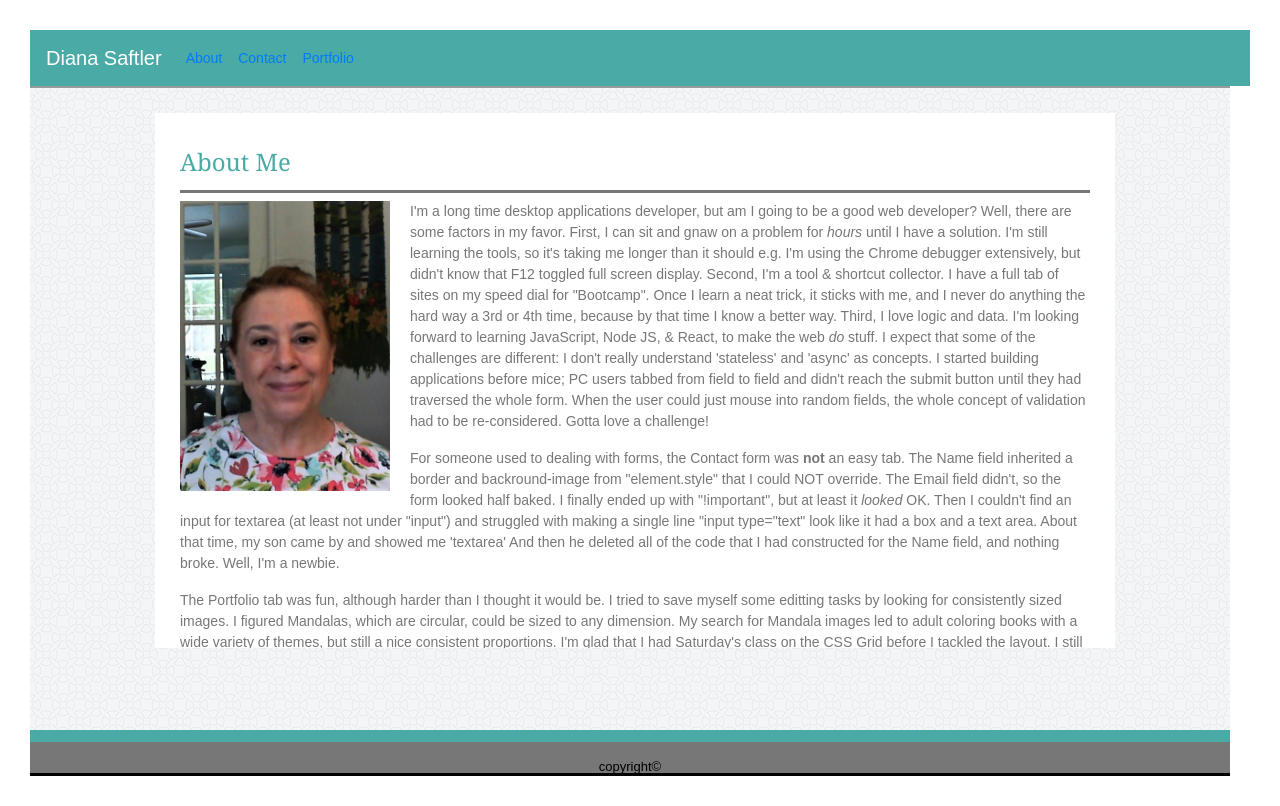
Repository: dsaftler/Bootstrap-Portfolio
Page: index.html
These files come from the project's save history. The page is drawn as it stood at one moment and after the next save; the edit follows.
The browser window is 1280 px wide. The pictures show the whole page.
An inner scrolling area shows only its first screen.

Above is the page before, as saved 2019-03-20 17:44:44.

### index.html
<!DOCTYPE html>
<html lang="en">
<head>
    <title>Diana Saftler Portfolio</title>
    <meta name="viewport" content="width=device-width, initial-scale=1, shrink-to-fit=no">
    <link rel="stylesheet" href="https://maxcdn.bootstrapcdn.com/bootstrap/4.0.0/css/bootstrap.min.css" integrity="sha384-Gn5384xqQ1aoWXA+058RXPxPg6fy4IWvTNh0E263XmFcJlSAwiGgFAW/dAiS6JXm" crossorigin="anonymous">
    <link rel="stylesheet" href="assets/css/style.css">
    <link rel="icon" href="assets/images/Peony.jpg" type="image/jpg" sizes="16x16">
    <meta charset="UTD-8">
</head>
<body>

  <nav class="navbar navbar-expand-lg" style="background-color: #4aaaa5;">
    <a class="navbar-brand" style="color: white" href="#">Diana Saftler</a>
    <div class="collapse navbar-collapse" id="navbarNavAltMarkup">
      <!-- <div class="navbar-nav"> -->
      <div class="nav navbar-nav navbar-right">
        <a class="nav-item nav-link"  href="index.html">About</a>
        <a class="nav-item nav-link" href="contact.html">Contact</a>
        <a class="nav-item nav-link" href="portfolio.html">Portfolio</a>
      </div>
    </div>
  </nav>



        <!-- <ul>
            <li><a href="index.html">About</a></li>
            <li><a href="contact.html">Contact</a></li>
            <li><a href="portfolio.html">Portfolio</a></li>
        </ul> -->

    <div class="bg-pattern">
        <div class="center-panel">
                <h2>About Me</h2>
            <img class="image_about" src="assets/images/photo.jpg" alt="in my office">
            <p>I'm a long time desktop applications developer, but am I going to be a good web developer?  Well, there are some factors in my favor.  First, I can sit and gnaw on a problem for <em>hours</em> until I have a solution.  I'm still learning the tools, so it's taking me longer than it should e.g. I'm using the Chrome debugger extensively, but didn't know that F12 toggled full screen display. Second, I'm a tool & shortcut collector.  I have a full tab of sites on my speed dial for "Bootcamp".  Once I learn a neat trick, it sticks with me, and I never do anything the hard way a 3rd or 4th time, because by that time I know a better way.  Third, I love logic and data.  I'm looking forward to learning JavaScript, Node JS, & React, to make the web <em>do</em> stuff.  I expect that some of the challenges are different: I don't really understand 'stateless' and 'async' as concepts.  I started building applications before mice;  PC users tabbed from field to field and didn't reach the submit button until they had traversed the whole form.  When the user could just mouse into random fields, the whole concept of validation had to be re-considered. Gotta love a challenge!
            </p>
            <p>For someone used to dealing with forms, the Contact form was <strong>not</strong> an easy tab. The Name field inherited a border and backround-image from "element.style" that I could NOT override. The Email field didn't, so the form looked half baked.  I finally ended up with "!important", but at least it <em>looked</em> OK.  Then I couldn't find an input for textarea (at least not under "input") and struggled with making a single line "input type="text" look like it had a box and a text area.  About that time, my son came by and showed me 'textarea'  And then he deleted all of the code that I had constructed for the Name field, and nothing broke. Well, I'm a newbie. </p>
            <p>The Portfolio tab was fun, although harder than I thought it would be.  I tried to save myself some editting tasks by looking for consistently sized images.  I figured Mandalas, which are circular, could be sized to any dimension.  My search for Mandala images led to adult coloring books with a wide variety of themes, but still a nice consistent proportions. I'm glad that I had Saturday's class on the CSS Grid before I tackled the layout.  I still had trouble getting the images to wrap left, but once I got that solved  with 2 images, it was easy to do them all without even needing rows.  I also added hover, 'tool tips', and links to the full sized images.  Print some out and spend some time with your crayolas!</p>


        </div>
    </div>
    <footer>copyright&copy</footer>
</body>
</html>

### Assets/CSS/style.css
* {
    box-sizing: border-box;
}

body {
    font-size: 14px;
    font-family: Arial, "Helvetica Neue", Helvetica, sans-serif;
    background-color: #ffffff;
    padding: 30px;
    color:  #777777;

}
header{
    left: 80px;
    background-color: #ffffff;
    height: 25px;
    width: 1200px;
}
footer {
    color: black;
    font-size: small;
    text-align: center;
    padding: 15px;
    clear: both;
    background-color: #777777;
    height: 40px;
    width: 1200px;
    border-style: solid;
    border-top-color: #4aaaa5;
    border-top-width: 6px;
    border-left-width: 0;
    border-right-width: 0;
}
p {
    padding: 0 0 10 0;
}

.bg-pattern {
    clear: both;
  /* margin-top: 40px; */
  padding: 50px;
  padding-top: 5px;
  /* background-color: #b1f3f3;  */
  height: 650px;
  width: 1200px;

  background-image: url("../images/circles-light.png");
  border-style: solid;
  border-top-color: #999a9b;
  border-top-width: 2px;
  border-left-width: 0;
  border-right-width: 0;
  border-bottom-color: #4aaaa5;
  border-bottom-width: 6px;

}

.center-panel {
    clear: both;
    display: inline-block;
    /* position: absolute; */
    top: 150px;
    right: 0;
    bottom: 0;
    left: 0;
    margin-left: 75px;
    margin-top: 20px;
    width: 960px;
    height: 535px;
    background-color: #ffffff;
    padding: 25px;
    overflow: auto;
    z-index: 1;

}

ul {
    list-style-type: none;
    margin: 0;
    padding: 0;
}

li a {
    display: block;
    width: 60 px;
}



ul {
    list-style-type: none;
    margin: 0;
    padding: 0;
    float: right;
    width: 175px;
}

li { display: inline-block; }

li a {
    color: #777777;
    text-decoration: none;
    padding: 5px;
}

li a:hover {
    background-color: #4aaaa5;
    color: white;

}
h1, h2 {font-family: Georgia, Times, "Times New Roman", serif;}
h1 {
    float: left;
    box-shadow: 10px 0px 0px 0px #4aaaa5, -10px 0px 0px 0px #4aaaa5;

    height: 65px;
    /* width: 200px; */

    top: 0;
    margin: 0;
    margin-left: 135px;

    background-color: #4aaaa5;
    color: white;
    font-size: 30px;
    text-align: center;
    padding: 10px 0;
    /* padding: 10px; */
}

h2 {
    font-size: 24px;
    margin-top: 10px;
    color: #4aaaa5;
    padding-bottom: 13px;
    border-bottom: 3px solid #777777;
}
h4 { margin: 3px}


.image_about {
    float: left;
    padding-right: 20px;
    padding-bottom: 20px;
    width: 230px;
    height: 310px;
}

input[type="text"] {
    width : 450px;
    margin: 0;
    padding: 2px;
    padding-left: 10px;
    -webkit-box-sizing: border-box; /* For legacy WebKit based browsers */
       -moz-box-sizing: border-box; /* For legacy (Firefox <29) Gecko based browsers */
            box-sizing: border-box;
}

.textbox {
    border:1px solid  #777777;
    padding: 10px;
    width: 650;
    height: 175px;
    font-size: 13.33px;
    font-family: Arial, Helvetica, sans-serif;
}
.submit {
    display: block;
    width: 60px;
    height: 29px;
    background-color: #4aaaa5;
    color: #ffffff;
    font-weight: bold;
}
.portfolio {
    max-width:100%;
    max-height: 100%
   }
.content {
    padding: 6px;
    float: left;
}

.row {
    margin: 0;
    height: 225px;
}
.row,
.row > .column {
    padding: 5 px;
}
.col {
   float:left;
    height: 225px;
     width: 25%;
     margin: 0;
}
.row:after {
    content: "";
    display: table;
    clear: both;
}
.gallery {
    border: 2px solid #4aaaa5;
    padding: 10px;
    height: 200px;
    width: 200px;
}
.gallery:hover {
    border-color: #06faee;
}
.box {
    height:150px;
    border: solid;
    border-width: 1px;

}
/* portfolio page */

.work {
    position: relative;
    float: left;
    width: 274px;
    margin: 20px 0 25px;
    overflow: auto;
  }

  .work:nth-child(even) {
    margin-right: 40px;
  }

  .work img {
    width: 100%;
    border: 0 none;
    opacity: 0.8;
  }

  .work h3 {
    position: absolute;
    bottom: 20px;
    width: 100%;
    padding: 15px;
    margin-bottom: 0;
    font-weight: 300;
    line-height: 30px;
    color: #ffffff;
    text-align: center;
    background: #4aaaa5;
    border-bottom: 0;
  }

  .auth-image {
    float: left;
    width: 200px;
    height: auto;
    margin-top: 10px;
    margin-right: 25px;
  }
  #masthead {
    position: fixed;
    z-index: 99;
    width: 100%;
    margin: 0 0 30px;
    overflow: auto;
    color: #ffffff;
    background: #ffffff;
    border-bottom: 2px solid #cccccc;
  }

  #logo {
    float: left;
    width: 250px;
    height: 90px;
    font-family: Georgia, Times, "Times New Roman", serif;
    font-size: 30px;
    font-weight: 700;
    line-height: 90px;
    color: #ffffff;
    text-align: center;
    text-decoration: none;
    background: #4aaaa5;
  }
  #main-container {
    padding-top: 130px;
    min-height: calc(100vh - 70px);
  }

  .main-section {
    float: left;
    width: 100%;
    max-width: 960px;
    padding: 30px;
    margin: 0 0 40px;
    background: #ffffff;
    border: 1px solid #dddddd;
  }

After the next save:
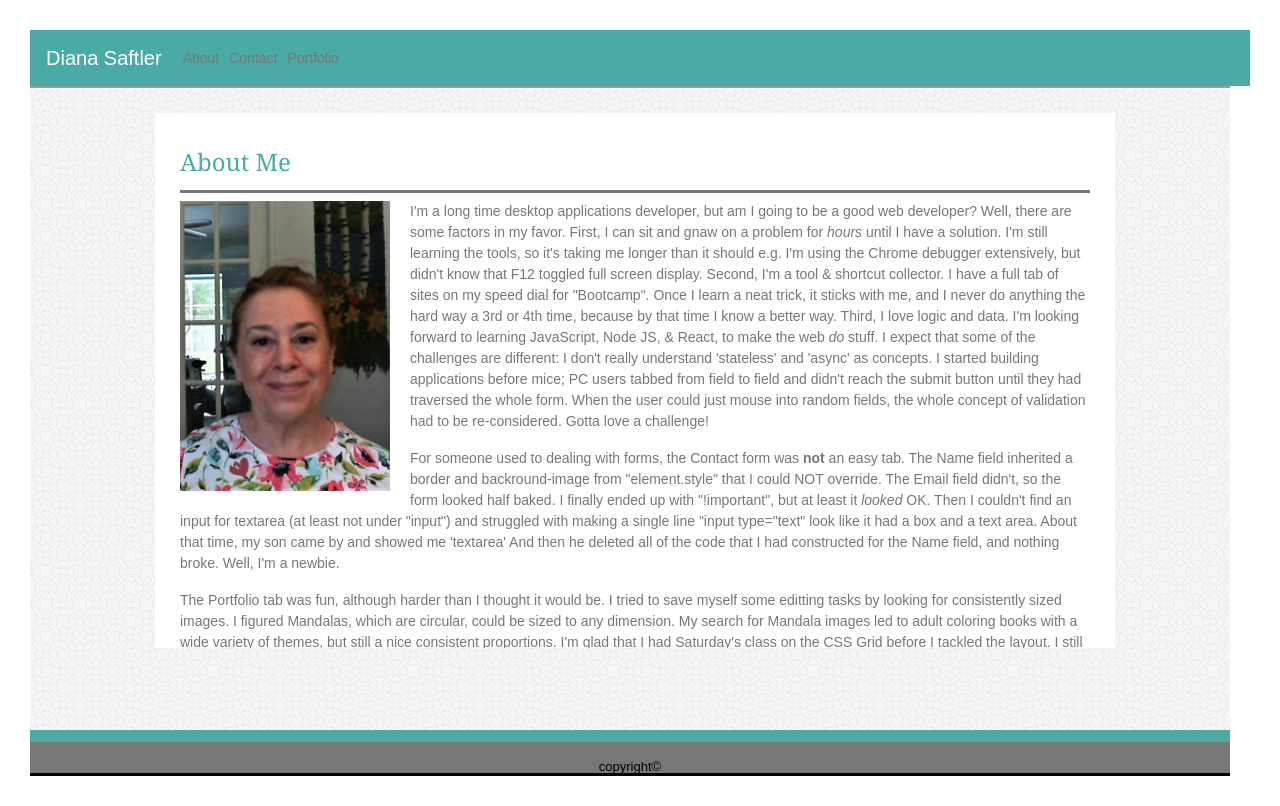
Saved 4 min 34 s later.
--- a/index.html
+++ b/index.html
@@ -14,11 +14,11 @@
     <a class="navbar-brand" style="color: white" href="#">Diana Saftler</a>
     <div class="collapse navbar-collapse" id="navbarNavAltMarkup">
       <!-- <div class="navbar-nav"> -->
-      <div class="nav navbar-nav navbar-right">
-        <a class="nav-item nav-link"  href="index.html">About</a>
-        <a class="nav-item nav-link" href="contact.html">Contact</a>
-        <a class="nav-item nav-link" href="portfolio.html">Portfolio</a>
-      </div>
+      <ul class="nav navbar-nav navbar-right">
+        <li><a  href="index.html">About</a></li>
+        <li><a   href="contact.html">Contact</a></li>
+        <li><a   href="portfolio.html">Portfolio</a></li>
+      </ul>
     </div>
   </nav>
 
